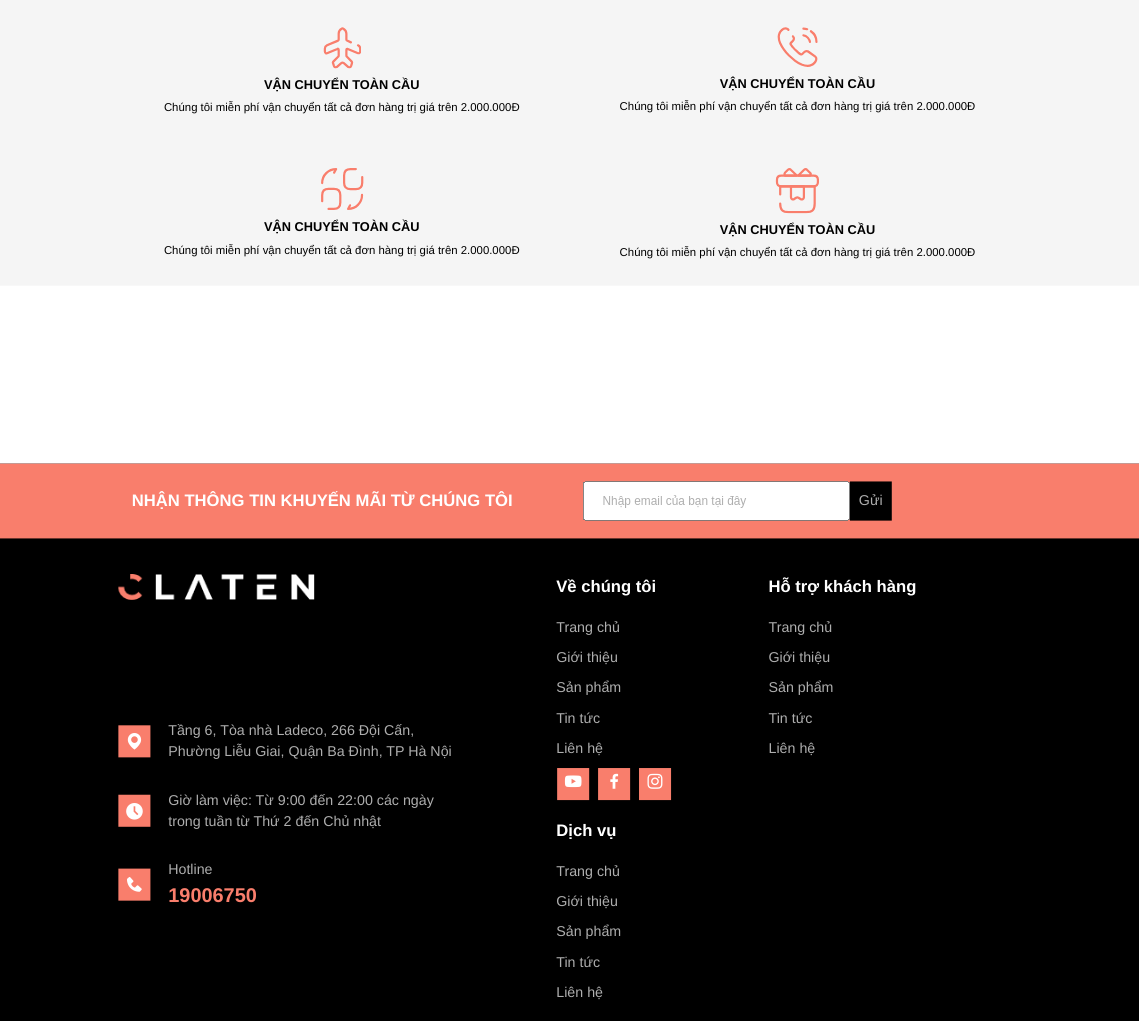
Repository: RennoPMXK/doan
Page: index.html
These files come from the project's save history. The page is drawn as it stood at one moment and after the next save; the edit follows.
The browser window is 1280 px wide. The pictures show the part of the page from y = 573 to 1760 px (the page is 1720 px tall before and 1760 px after), at 89% of full size.

Above is the page before, as saved 2021-11-16 20:01:29.

After the next save:
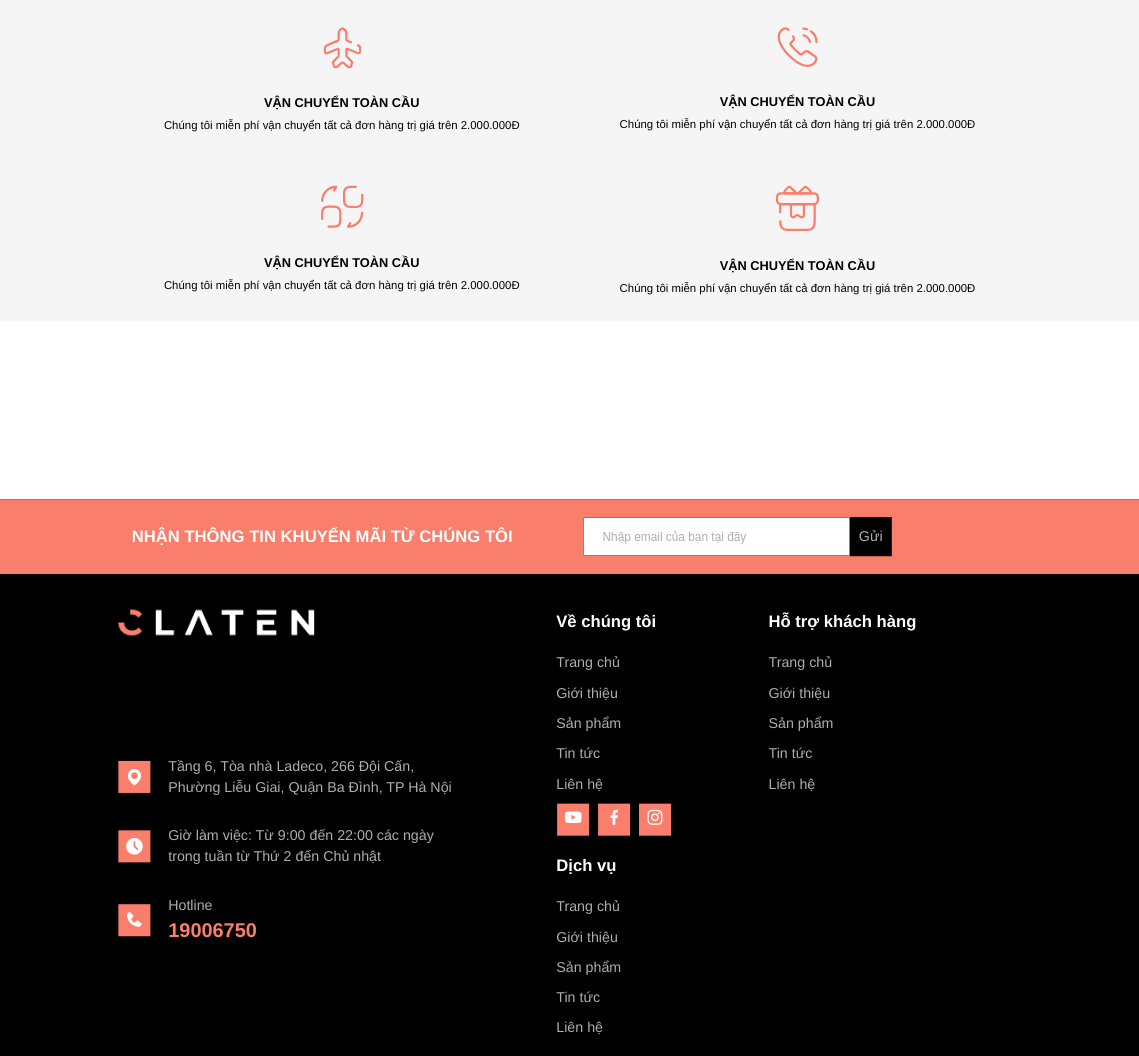
Saved 107 s later.
--- a/style.css
+++ b/style.css
@@ -349,6 +349,10 @@ li {
     text-align: center;
 }
 
+.hero-section-mini-item img {
+    margin-bottom: 20px;
+}
+
 .hero-section-mini-item h3 {
    font-size: 0.9rem;
 }
